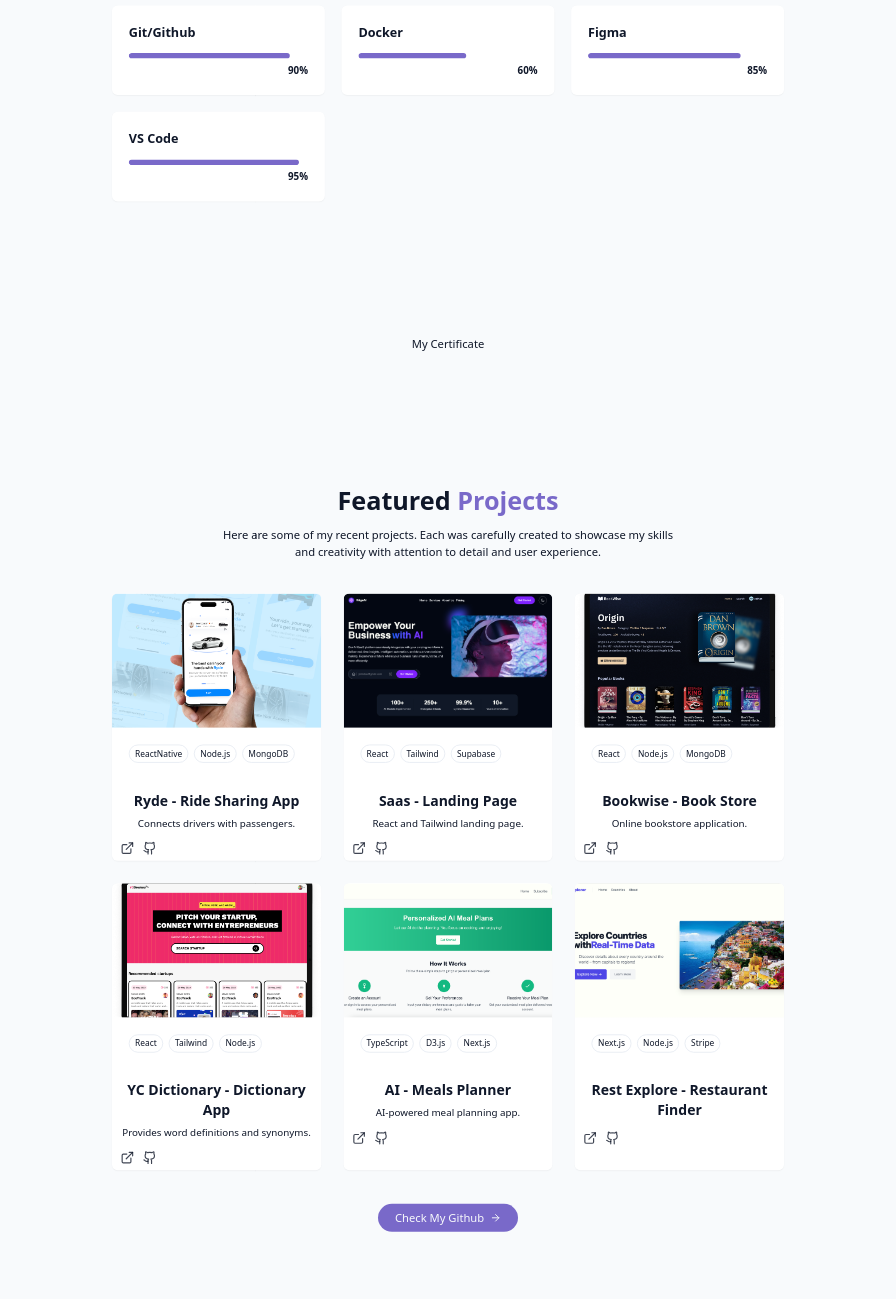
Repository: mOzariffard/Portfolio
Page: /
These files come from the project's save history. The page is drawn as it stood at one moment and after the next save; the edit follows.
The browser window is 1280 px wide. The pictures show the part of the page from y = 2424 to 4344 px (the page is 4280 px tall before and 4344 px after), at 70% of full size.
The project was rebuilt for these pictures with package versions that can differ from the ones it lists, and the page was loaded fresh each time. Also part of the build but not shown: vite.config.js, src/pages/NotFound.jsx.

Above is the page before, as saved 2025-06-30 14:55:54.

### src/App.jsx
import  Home from "./pages/Home"
import { BrowserRouter, Route, Routes } from "react-router-dom"
import NotFound from "./pages/NotFound"


function App() {

  return (
    <>
    <BrowserRouter>
    <Routes>
      <Route index element={<Home />} />
      <Route path="*" element={<NotFound />} />
    </Routes>
    </BrowserRouter>
    </>
  )
}

export default App

### src/pages/Home.jsx
import React from 'react'
import ThemeToggle from '@/components/ThemeToggle'
import StartBackground from '@/components/StartBackground'
import Navbar from '@/components/Navbar'
import HeroSection from '@/components/HeroSection'
import AboutSection from '@/components/AboutSection'
import SkillsSection from '@/components/SkillsSection'
import ProjectSection from '@/components/ProjectSection'
import CertificateSection from '../components/CertificateSection'

const Home = () => {
  return (
    <div className='min-h-screen bg-background text-foreground overflow-x-hidden'>
        {/*----------------Theme Toggle----------------*/}
        <ThemeToggle />
        {/*----------------Background Effects----------------*/}
        <StartBackground/>
        {/*----------------Nav Bar----------------*/}
        <Navbar/>
        {/*----------------Main Content----------------*/}
        <main>
        <HeroSection />
        <AboutSection />
        <SkillsSection />
        <CertificateSection />
        <ProjectSection />
        </main>
        {/*----------------Footer----------------*/}


    </div>
  )
}

export default Home

### src/components/ThemeToggle.jsx
import React, { useEffect, useState } from 'react'
import { Sun, Moon } from 'lucide-react'
import { cn } from '@/lib/utils';
const ThemeToggle = () => {
    const [isDarkMode, setIsDarkMode]= useState(false);

    useEffect(()=>{
        const storedTheme= localStorage.getItem('theme');
        if(storedTheme=== 'dark'){
            setIsDarkMode(true);
            document.documentElement.classList.add('dark');
        }else{
            localStorage.setItem('theme', 'light');
            setIsDarkMode(false);
        }
    },[])
    const toggleTheme=()=>{
        if(isDarkMode){
            document.documentElement.classList.remove('dark');
            localStorage.setItem('theme', 'light');
            setIsDarkMode(false);
        }else{
            document.documentElement.classList.add('dark');
            localStorage.setItem('theme', 'dark');
            setIsDarkMode(true);
        }
    }
  return (
    <button onClick={toggleTheme} className={cn(
        "fixed max-sm:hidden top-5 right-5 z-50 p-2 rounded-full transition-colors duration-300",
        "focus:outline-hidden")}>
        {isDarkMode ? <Sun className='h-6 w-6 text-yellow-300'/> : <Moon className='h-6 w-6 text-blue-900' />}
    </button>
  )
}

export default ThemeToggle

### src/components/StartBackground.jsx
import React, { useEffect, useState } from 'react'

// START has
// ID , SIZE , X , Y , OPACITY , ANIMATION DURATION
// METEOR has
// ID , SIZE , X , Y , DELAY , DURATION

const StartBackground = () => {
    const [stars,setStars]=useState([]);
    const [meteors,setMeteors]=useState([]);

    useEffect(()=>{
        generateStars();
        generateMeteors();

        const handleResize = ()=>{
            generateStars();
        };

        window.addEventListener('resize', handleResize);

        return ()=> window.removeEventListener('resize', handleResize);

    },[])

    const generateStars = () =>{
        const numbersOfStars = Math.floor(window.innerWidth * window.innerHeight /10000);

        const newStars=[];

        for(let i=0; i<numbersOfStars; i++){
            newStars.push({
                id: i,
                size: Math.random()* 3 + 1,
                x: Math.random()*100 ,
                y:  Math.random()*100,
                opacity: Math.random()*0.5 +0.5 ,
                animationDuration: Math.random()*4+2 ,
            });
        }

        setStars(newStars);
    };

    const generateMeteors = () =>{
        const numbersOfMeteors = 4;

        const newMeteors=[];

        for(let i=0; i<numbersOfMeteors; i++){
            newMeteors.push({
                id: i,
                size: Math.random()* 2 + 1,
                x: Math.random()* 100 ,
                y:  Math.random()* 20,
                delay: Math.random()* 15 ,
                animationDuration: Math.random()*3+3 ,
            });
        }

        setMeteors(newMeteors);
    };


  return (
    <div className='fixed inset-0 overflow-hidden pointer-events-none z-0 '>
        {stars.map((star)=>(
            <div
            key={star.id}
                className='star animate-pluse-subtle' style={{
                width:`${star.size}px` ,
                height: `${star.size}px`,
                left: `${star.x}%`,
                top: `${star.y}%`,
                opacity:`${star.opacity}` ,
                animationDuration: `${star.animationDuration}s`
            }} />
        ))}

        {meteors.map((meteor)=>(
            <div
            className='meteor animate-meteor'
            key={meteor.id}
            style={{
                width: `${meteor.size* 50}px`,
                height: `${meteor.size * 2}px`,
                left: `${meteor.x}%`,
                top: `${meteor.y}%`,
                animationDelay: `${meteor.delay}`,
                animationDuration: `${meteor.duration}s`
            }}
            />
        ))}
    </div>
  )
}

export default StartBackground

### src/components/Navbar.jsx
import React, { useState, useEffect } from 'react';
import { cn } from '@/lib/utils';
import { X , Menu } from 'lucide-react';

const navItems = [
    { name: 'Home', href: '#hero' },
    { name: 'About', href: '#about' },
    { name: 'Contact', href: '#contact' },
    { name: 'Certificate', href: '#Certificate' },
    { name: 'Skills', href: '#skills' },
    { name: 'Projects', href: '#projects' },
];

const Navbar = () => {
    const [isScrolled, setIsScrolled] = useState(false);
    const [isMenuOpen, setIsMenuOpen] = useState(false);

    useEffect(() => {
        const handleScroll = () => {
            setIsScrolled(window.scrollY > 10);
        };

        window.addEventListener('scroll', handleScroll);

        return () => window.removeEventListener('scroll', handleScroll);
    }, []);

    return (
        <nav
            className={cn(
                'fixed w-full z-40 transition-all duration-300',
                isScrolled ? 'py-3 bg-background/80 backdrop-blur-md shadow-xs' : 'py-6'
            )}
        >
            <div className="container flex items-center justify-between">
                <a href="#hero" className="text-xl font-bold text-primary flex items-center">
                    <span className="relative z-10">
                        <span className="text-glow text-foreground">mOzariffard</span> Portfolio
                    </span>
                </a>

                {/* DESKTOP NAV */}
                <div className="hidden md:flex space-x-6">
                    {navItems.map((item, key) => (
                        <a
                            key={key}
                            href={item.href}
                            className="text-foreground/80 hover:text-primary transition-colors duration-300"
                        >
                            {item.name}
                        </a>
                    ))}
                </div>

                {/* MOBILE NAV */}
                <button onClick={() => setIsMenuOpen((prev)=> !prev)}
                className='md:hidden p-2 text-foreground z-50'
                aria-label={!isMenuOpen ? 'Close Menu': 'Open Menu'}
                >
                {isMenuOpen ? <X size={24} /> : <Menu size={24} />}
                </button>

                <div
                    className={cn(
                        'fixed inset-0 bg-background/90 backdrop-blur-md z-40 flex flex-col items-center justify-center',
                        'transition-all duration-300 md:hidden',
                        isMenuOpen ? 'opacity-100 pointer-events-auto' : 'opacity-0 pointer-events-none'
                    )}
                >
                    <div className="flex flex-col space-y-8 text-xl">
                        {navItems.map((item, key) => (
                            <a
                                key={key}
                                href={item.href}
                                className="text-foreground/80 hover:text-primary transition-colors duration-300"
                                onClick={() => setIsMenuOpen(false)}
                            >
                                {item.name}
                            </a>
                        ))}
                    </div>
                </div>
            </div>
        </nav>
    );
};

export default Navbar;

### src/components/HeroSection.jsx
import { ArrowDown } from 'lucide-react'
import React from 'react'

const HeroSection = () => {
  return (
    <section id='hero' className='relative min-h-screen flex flex-col items-center justify-center px-4'>
        <div className='container max-w-4xl mx-auto text-center z-10'>
            <div className='space-y-6'>
                <h1 className='text-4xl md:text-6xl font-bold tracking-tight'>
                <span className='opacity-0 animate-fade-in' >Hi, I'm</span>
                <span className='text-primary opacity-0 animate-fade-in-delay-1'> Reza</span>
                <span className='text-gradient ml-2 opacity-0 animate-fade-in-delay-2'> Zariffard</span>
                </h1>
                <p className='text-lg md:text-xl text-muted-foreground max-2-2xl mx-auto opacity-0 animate-fade-in-delay-3'>
                    I create steller web experiences with modern technologies.
                    Specializing in front-end development, I build intesfacet
                    that are both beautiful and functional.
                </p>
                <div className='pt-4 opacity-0 animate-fade-in-delay-4'>
                    <a href="#projects" className='cosmic-button'> View My Work</a>
                </div>
            </div>
        </div>

        <div className='absolute bottom-8 left-1/2 transform -translate-x-1/2 flex flex-col items-center animate-bounce'>
        <span className='text-sm text-muted-forgeround mb-2'> Scroll</span>
        <ArrowDown className='h-5 w-5 text-primary'/>
        </div>
    </section>
  )
}

export default HeroSection

### src/components/AboutSection.jsx
import React from 'react'
import { Briefcase, Code, User } from 'lucide-react'

const AboutSection = () => {
  return (
    <section id='about' className='py-24 px-4 relative'>
      <div className='container mx-auto max-w-5xl'>
        <h2 className='text-3xl md:text-4xl font-bold mb-12 text-center'>
          About <span className='text-primary'>Me</span>
        </h2>


      <div className='grid grid-cols-1 md:grid-cols-2 gap-12 items-center'>
       {/* LEFT SIDES OF ABOUT */}
        <div className='space-y-6'>
          <h3 className='text-2xl font-semibold'>
            Passionate Web Developer & Tech Creator
          </h3>

          <p className='text-muted-foreground'>
            With over 4 years of experience in Web development,
            I specialize in creating dynamic and responsive web applications.
            My journey began with a fascination for technology and a desire to
            build impactful digital solutions. I thrive on
            challenges and continuously seek to expand my skill set.
          </p>

          <p className='text-muted-foreground'>
            I'm passioate about creating elegant solutions to complex
            problems, and I enjoy collaborating with others to bring innovative.
            I'm constantly learning new technologes and techniques to stay at the forefont
            of the ever-evolving web development landscape.
          </p>

          <div className='flex flex-col sm:flex-row gap-4 pt-4 justify-center '>
          <a href="#contanct" className='cosmic-button'>
            Get In Touch
          </a>

          <a href="" className='px-4 py-2 rounded-full border border-primary text-primary hover:bg-primary/20 transition-colors duration-300'>
            Download CV
          </a>
        </div>
        </div>
        {/* RIGHT SIDES OF ABOUT */}

        <div className='grid grid-cols-1 gap-6'>
          {/* FIRST BOX OF ABOUT  PAGE */}
          <div className='gradient-border p-3 card-hover'>
           {/* POSITION OF ICON */}
            <div className='flex items-start gap-4'>
              <div className='p-3 rounded-full bg-primary/10'>
              <Code className='text-primary' />
              </div>
              {/* CONTENT OF LEFT SIDE OF ABOUT IN FIRST BOX  */}
              <div className='text-left'>
                <h4 className='font-semibold text-lg'> Web Development </h4>

                <p className='text-muted-foreground'>
                  Creating responsive and dynamic web applications using modern technologies like React, Node.js, and more.
                </p>
              </div>
            </div>
          </div>

           {/* SECOND BOX OF ABOUT  PAGE */}
          <div className='gradient-border p-3 card-hover'>
              {/* POSITION OF ICON */}
          <div className='flex items-start gap-4'>
              <div className='p-3 rounded-full bg-primary/10'>
              <User className='text-primary' />
              </div>
              {/* CONTENT OF LEFT SIDE OF ABOUT IN SECOND BOX  */}
              <div className='text-left'>
                <h4 className='font-semibold text-lg'> UI/UX Design  </h4>

                <p className='text-muted-foreground'>
                  Designing intuitive user interfaces and enhancing user experiences through thoughtful design principles and usability testing.
                </p>
              </div>
            </div>
          </div>
          {/* THIRD BOX OF ABOUT  PAGE */}
          <div className='gradient-border p-3 card-hover'>
              {/* POSITION OF ICON */}
             <div className='flex items-start gap-4'>
              <div className='p-3 rounded-full bg-primary/10'>
              <Briefcase className='text-primary' />
              </div>
              {/* CONTENT OF LEFT SIDE OF ABOUT IN THIRD BOX  */}
              <div className='text-left'>
                <h4 className='font-semibold text-lg'> Project Management</h4>

                <p className='text-muted-foreground'>
                Leading project teams to deliver high-quality software solutions on time and within budget.
                </p>
              </div>
            </div>
          </div>

            {/* FORTH BOX OF ABOUT  PAGE */}
            <div className='gradient-border p-3 card-hover'>
              {/* POSITION OF ICON */}
             <div className='flex items-start gap-4'>
              <div className='p-3 rounded-full bg-primary/10'>
              <Code className='text-primary' />
              </div>
              {/* CONTENT OF LEFT SIDE OF ABOUT IN FORTH BOX  */}
              <div className='text-left'>
                <h4 className='font-semibold text-lg'>Back-end Developement </h4>

                <p className='text-muted-foreground'>
                Building robust back-end systems and APIs to support front-end applications, ensuring data integrity and security.
                </p>
              </div>
            </div>
          </div>


        </div>
      </div>
      </div>
    </section>
  )
}

export default AboutSection

### src/components/SkillsSection.jsx
import React, { useState, useEffect } from 'react'
import {cn} from '@/lib/utils';
import CountUp from 'react-countup';

const skills = [
  // Frontend Skills
  {name: 'HTML/CSS', level: 95, category: 'frontend'},
  {name: 'JavaScript', level: 95, category: 'frontend'},
  {name: 'React', level: 80, category: 'frontend'},
  {name: 'TypeScript', level: 78, category: 'frontend'},
  {name: 'Tailwind CSS', level: 90, category: 'frontend'},
  {name: 'Next.js', level: 70, category: 'frontend'},
  {name: 'Redux', level: 60, category: 'frontend'},
  // Backend Skills
  {name: 'Node.js', level: 78, category: 'backend'},
  {name: 'Express', level: 70, category: 'backend'},
  {name: 'MongoDB', level: 67, category: 'backend'},
  {name: 'GraphQL', level: 65, category: 'backend'},
  {name: 'PostgreSQL', level: 60, category: 'backend'},
  // Tools Skills
  {name: 'Git/Github', level: 90, category: 'tools'},
  {name: 'Docker', level: 60, category: 'tools'},
  {name: 'Figma', level: 85, category: 'tools'},
  {name: 'VS Code', level: 95, category: 'tools'},
];

const categories = ['all', 'frontend', 'backend', 'tools'];

// Individual Skill Item Component
const SkillItem = ({ skill, index, isVisible }) => {
  const [animatedWidth, setAnimatedWidth] = useState(0);

  useEffect(() => {
    if (isVisible) {
      // Small delay for staggered animation
      const timer = setTimeout(() => {
        setAnimatedWidth(skill.level);
      }, index * 100);

      return () => clearTimeout(timer);
    } else {
      setAnimatedWidth(0);
    }
  }, [isVisible, skill.level, index]);

  return (
    <div className='bg-card p-6 rounded-lg shadow-xs card-hover'>
      <div className='text-left mb-4'>
        <h3 className='font-semibold text-lg'>{skill.name}</h3>
      </div>

      {/* SKILLS PROGRESS BAR */}
      <div className='w-full bg-secondary/50 h-2 rounded-full overflow-hidden'>
        <div
          className='bg-primary h-2 rounded-full origin-left transition-all duration-2000 ease-out'
          style={{
            width: `${animatedWidth}%`,
            transitionDelay: `${index * 100}ms`
          }}
        />
      </div>

      <div className='text-right mt-1'>
        <span className='text-sm font-semibold text-muted-foreground'>
          {isVisible ? (
            <CountUp
              end={skill.level}
              duration={2.5}
              delay={index * 0.1}
            />
          ) : 0}%
        </span>
      </div>
    </div>
  );
};

const SkillsSection = () => {
  const [activeCategory, setActiveCategory] = useState('all');
  const [isVisible, setIsVisible] = useState(false);

  const filteredSkills = skills.filter((skill) =>
    activeCategory === 'all' || skill.category === activeCategory
  );

  useEffect(() => {
    // Trigger animation when component mounts or category changes
    setIsVisible(false);
    const timer = setTimeout(() => {
      setIsVisible(true);
    }, 100);

    return () => clearTimeout(timer);
  }, [activeCategory]);

  return (
    <section id='skills' className='py-24 px-4 relative bg-secondary/30'>
      {/* CONTAINER OF SKILLS */}
      <div className='container mx-auto max-w-5xl'>
        <h2 className='text-3xl md:text-4xl font-bold mb-12 text-center'>
          My <span className='text-primary'> Skills </span>
        </h2>

        {/* CATEGORIES OF SKILLS */}
        <div className='flex flex-wrap justify-center gap-4 mb-12'>
          {categories.map((category, index) => (
            <button
              key={index}
              onClick={() => setActiveCategory(category)}
              className={cn(
                'px-5 py-2 rounded-full transition-colors duration-300 capitalize',
                activeCategory === category
                  ? 'bg-primary text-primary-foreground'
                  : 'bg-secondary/70 text-foreground hover:bg-secondary'
              )}
            >
              {category}
            </button>
          ))}
        </div>

        {/* ITEMS OF SKILLS */}
        <div className='grid grid-cols-1 sm:grid-cols-2 lg:grid-cols-3 gap-6'>
          {filteredSkills.map((skill, index) => (
            <SkillItem
              key={`${skill.name}-${activeCategory}`}
              skill={skill}
              index={index}
              isVisible={isVisible}
            />
          ))}
        </div>
      </div>
    </section>
  )
}

export default SkillsSection

### src/components/CertificateSection.jsx
import React from 'react'

const CertificateSection = () => {
  return (
   <section id='certificate' className='py-24 px-4 sm:px-6 lg:px-8 bg-secondary/30'>
    <div className='container mx-auto max-w-5xl'>
      <h2 className=''>
        My <span> Certificate </span>
      </h2>
    </div>
   </section>
  )
}

export default CertificateSection

Loaded but not shown: index.html (common file); src/main.jsx (common file); src/index.css (common file); src/lib/utils.js (8 lines, source omitted); src/components/ProjectSection.jsx (166 lines, source omitted)

After the next save:
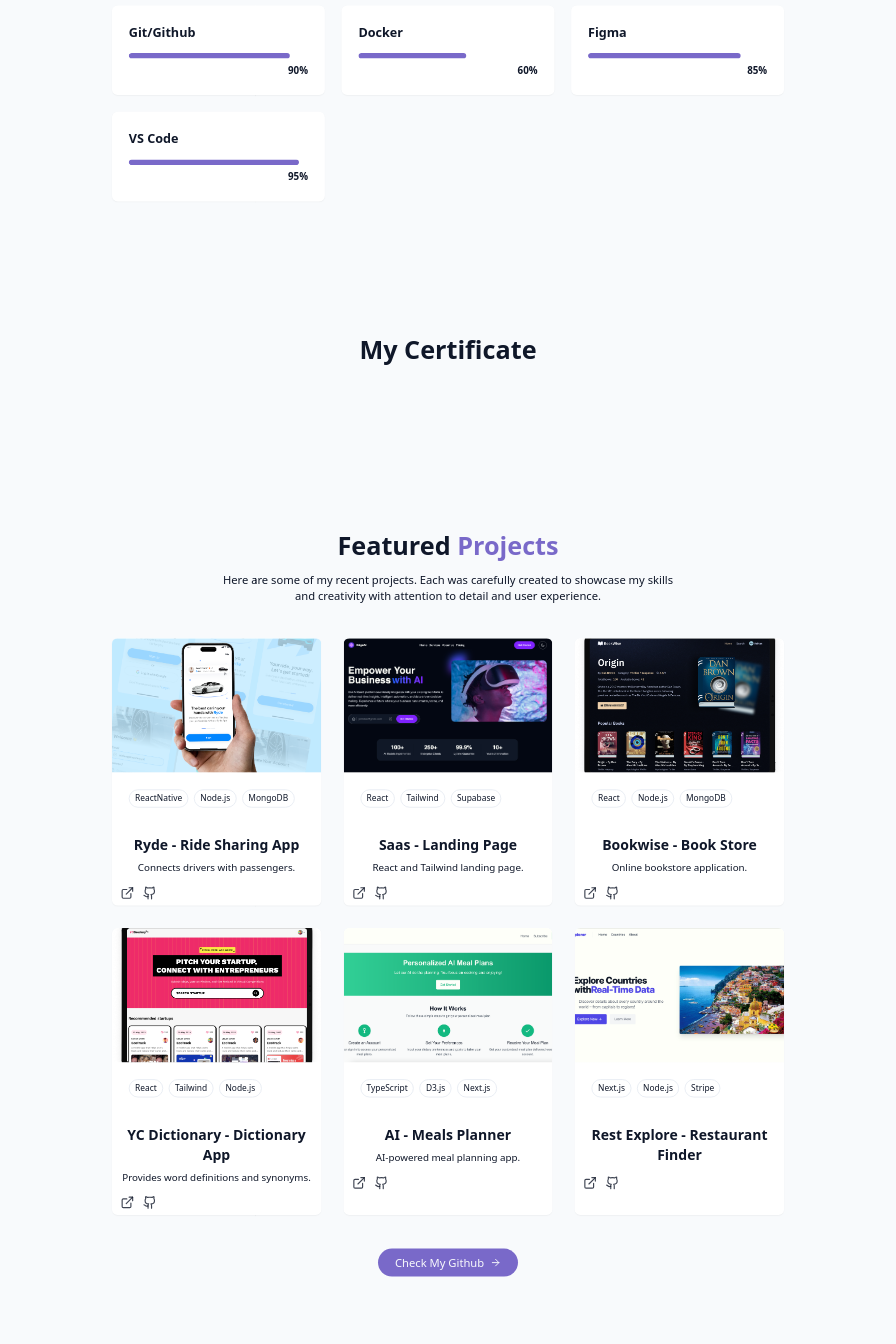
Saved 31 s later.
--- a/src/components/CertificateSection.jsx
+++ b/src/components/CertificateSection.jsx
@@ -4,7 +4,7 @@ const CertificateSection = () => {
   return (
    <section id='certificate' className='py-24 px-4 sm:px-6 lg:px-8 bg-secondary/30'>
     <div className='container mx-auto max-w-5xl'>
-      <h2 className=''>
+      <h2 className='text-3xl md:text-4xl font-bold mb-12 text-center'>
         My <span> Certificate </span>
       </h2>
     </div>
